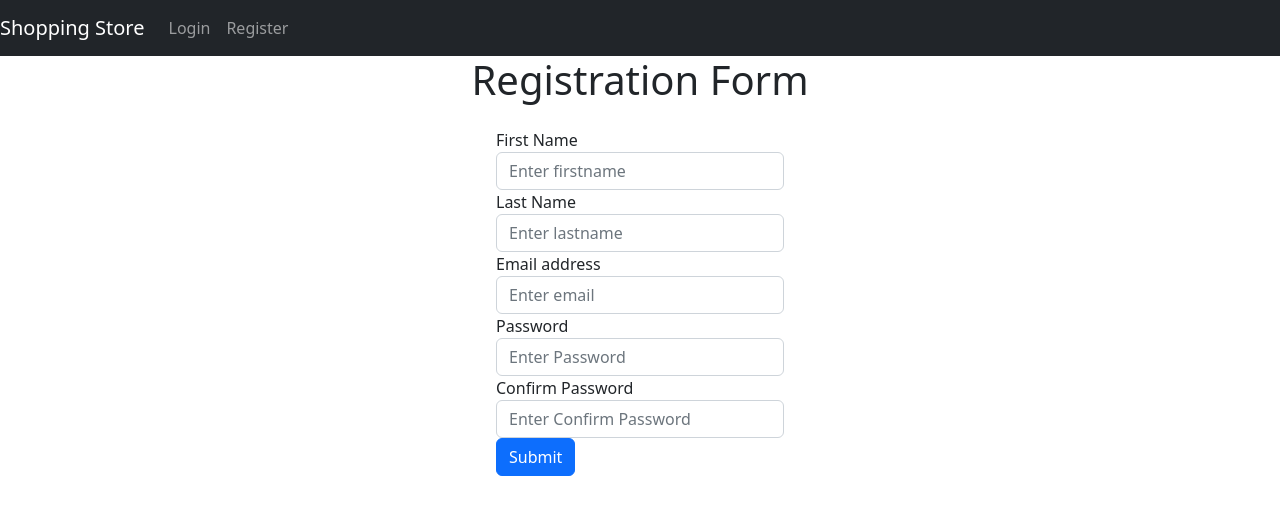
Repository: mayank-gupta0/nagarroproject
Page: http://localhost/SpringMvcServiceLayer/WEB-INF/jsp/register.jsp
The author's editor kept a copy of each file at every save. The page is drawn from the files as they stood at one save, then again after the next save.
The browser window is 1280 px wide. The pictures show the whole page.
The page is served by Tomcat 9. Nobody is signed in. The template is opened directly, without the code that normally fills it, so the values that code supplies are empty.

Above is the page before, as saved 2022-08-21 07:40:57.

After the next save:
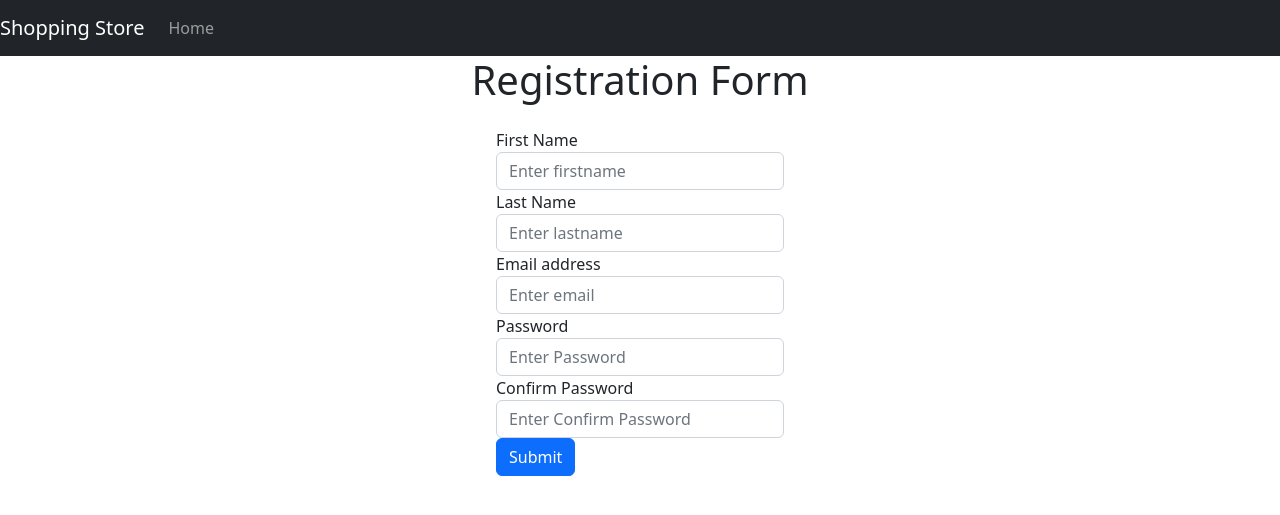
Saved 9 s later.
--- a/springmvcworkspace/SpringMvcServiceLayer/src/main/webapp/WEB-INF/jsp/register.jsp
+++ b/springmvcworkspace/SpringMvcServiceLayer/src/main/webapp/WEB-INF/jsp/register.jsp
@@ -25,8 +25,7 @@
 
 		<div class="collapse navbar-collapse" id="navbarSupportedContent">
 			<ul class="navbar-nav mr-auto">
-				<li class="nav-item"><a class="nav-link" href="login">Login</a></li>
-				<li class="nav-item"><a class="nav-link" href="register">Register</a></li>
+				<li class="nav-item"><a class="nav-link" href="login">Home</a></li>
 
 			</ul>
 		</div>
